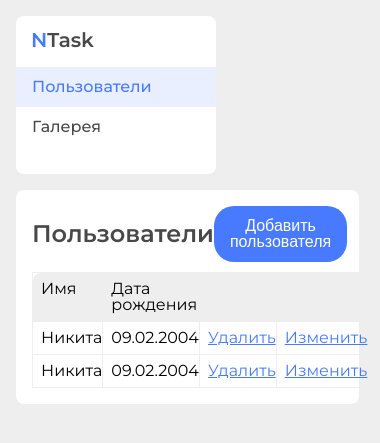
Repository: Grid-Master/NTask
Page: /
An editor plug-in stored every save of this project. The page is shown before and after the next save, followed by the edit.
The browser window is 375 px wide. The page is 375 px wide, then 380 px, so the pictures cover 380 px, including what lies to the right of the window. The pictures show the whole page.
The project was rebuilt for these pictures with package versions that can differ from the ones it lists, and the page was loaded fresh each time.

Above is the page before, as saved 2023-06-05 11:41:04.

After the next save:
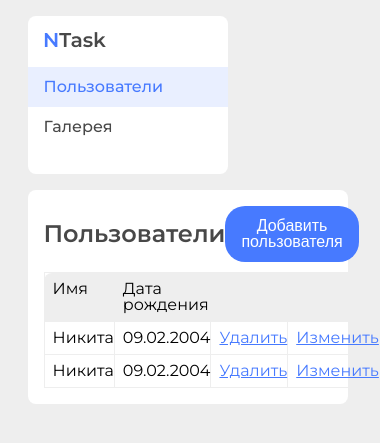
Saved 40 s later.
--- a/src/App.css
+++ b/src/App.css
@@ -14,8 +14,12 @@
 }
 @media screen and (max-width: 1000px) {
   .App {
-    flex-direction: column;
     max-width: 600px;
     padding: 16px;
   }
 }
+@media screen and (max-width: 600px) {
+  .App {
+    max-width: 320px;
+  }
+}
